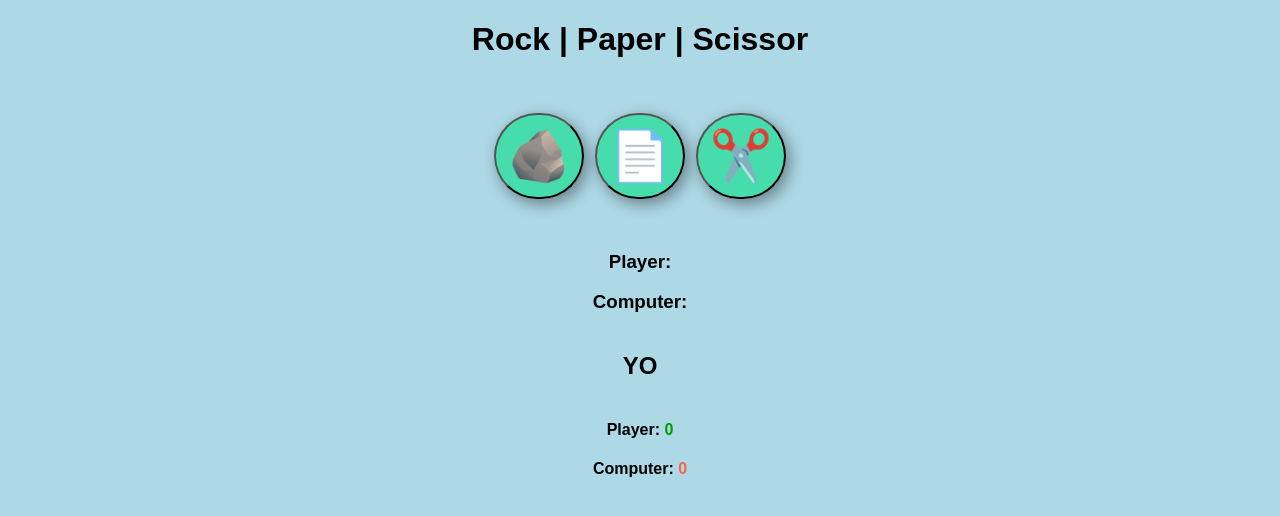
Repository: SakthivelDurai47/Rock-Paper-Sissors
Page: index.html
An editor plug-in stored every save of this project. The page is shown before and after the next save, followed by the edit.
The browser window is 1280 px wide. The pictures show the whole page.
After loading, the first visible `button` was clicked once.

Above is the page before, as saved 2025-04-14 22:38:03.

### index.html
<!DOCTYPE html>
<html lang="en">
  <head>
    <meta charset="UTF-8" />
    <meta name="viewport" content="width=device-width, initial-scale=1.0" />
    <title>Rock, Paper, Scissor</title>
    <meta name="aurthor" content="Sakthivel Durai S" />
    <link rel="stylesheet" href="styles.css" />
  </head>
  <body>
    <h1>Rock | Paper | Scissor</h1>
    <div id="choice">
      <button onclick="playGame('Rock')">🪨</button>
      <button onclick="playGame('Paper')">📄</button>
      <button onclick="playGame('Scissor')">✂️</button>
    </div>
    <div id="info">
      <h3 id="playerInfo">Player:</h3>
      <h3 id="computerInfo">Computer:</h3>
    </div>
    <h2 id="result">YO</h2>
    <div id="scores">
      <h4>Player: <span id="scorePlr">0</span></h4>
      <h4>Computer: <span id="scoreCum">0</span></h4>
    </div>
    <script src="index.js"></script>
  </body>
</html>

### styles.css
body {
  margin: 0;
  font-family: Arial, sans-serif;
  display: flex;
  flex-direction: column;
  align-items: center;
  text-align: center;
  background-color: lightblue;
}
#choice {
  margin: 30px;
}
button {
  border-radius: 300px;
  font-size: 50px;
  padding: 12px;
  margin: 3px;
  background-color: hsla(160, 70%, 55%, 0.9);
  box-shadow: 4px 5px 15px rgba(0, 3, 3, 0.4);
  transition: background-color 0.5s ease;
  cursor: pointer;
}
button:hover {
  background-color: turquoise;
  scale: 110%;
}

#scorePlr {
  color: rgb(0, 156, 0);
}

#scoreCum {
  color: tomato;
}

### index.js
const choices = ["Rock", "Paper", "Scissor"];
const playerInfo = document.getElementById("playerInfo");
const computerInfo = document.getElementById("computerInfo");
const result = document.getElementById("result");
const scoreCom = document.getElementById("scoreCum");
const scorePlr = document.getElementById("scorePlr");

function playGame(playerChoice) {
  let computerChoice = choices[Math.floor(Math.random() * 3)];
  let results = "";

  if (playerChoice === computerChoice) {
    result = "It's a Tie";
  } else {
    switch (playerChoice) {
      case "Rock":
        results = computerChoice === "Scissor" ? "You Win!" : "You Lose!";
        break;
      case "Paper":
        results = computerChoice === "Rock" ? "You Win!" : "You Lose!";
        break;
      case "Scissor":
        results = computerChoice === "Paper" ? "You Win!" : "You Lose";
        break;
    }
  }
}

After the next save:
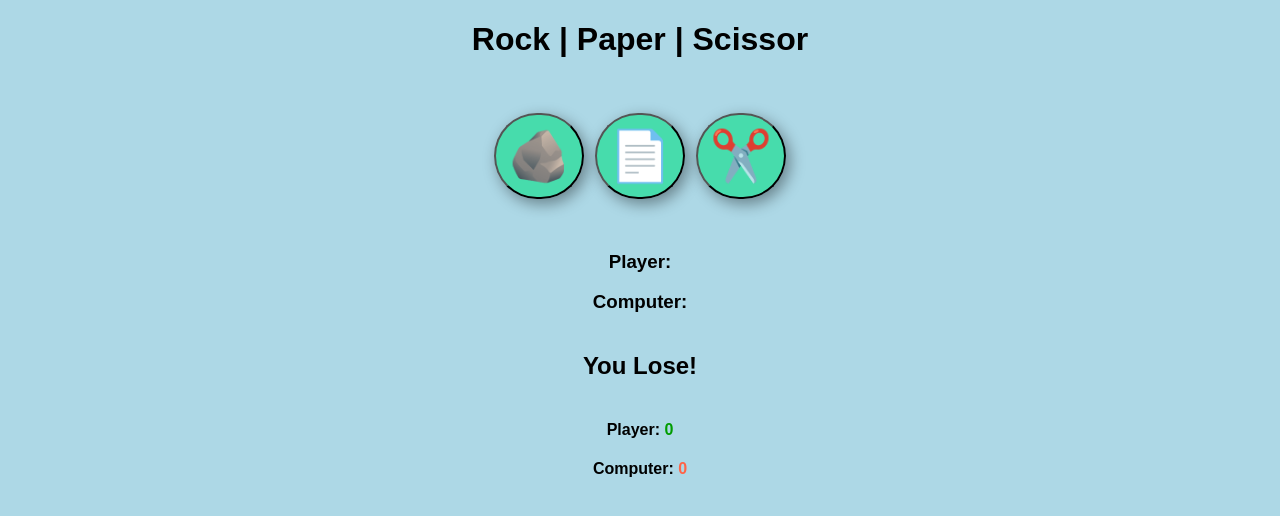
Saved 26 s later.
--- a/index.js
+++ b/index.js
@@ -24,4 +24,5 @@ function playGame(playerChoice) {
         break;
     }
   }
+  result.textContent = results;
 }
